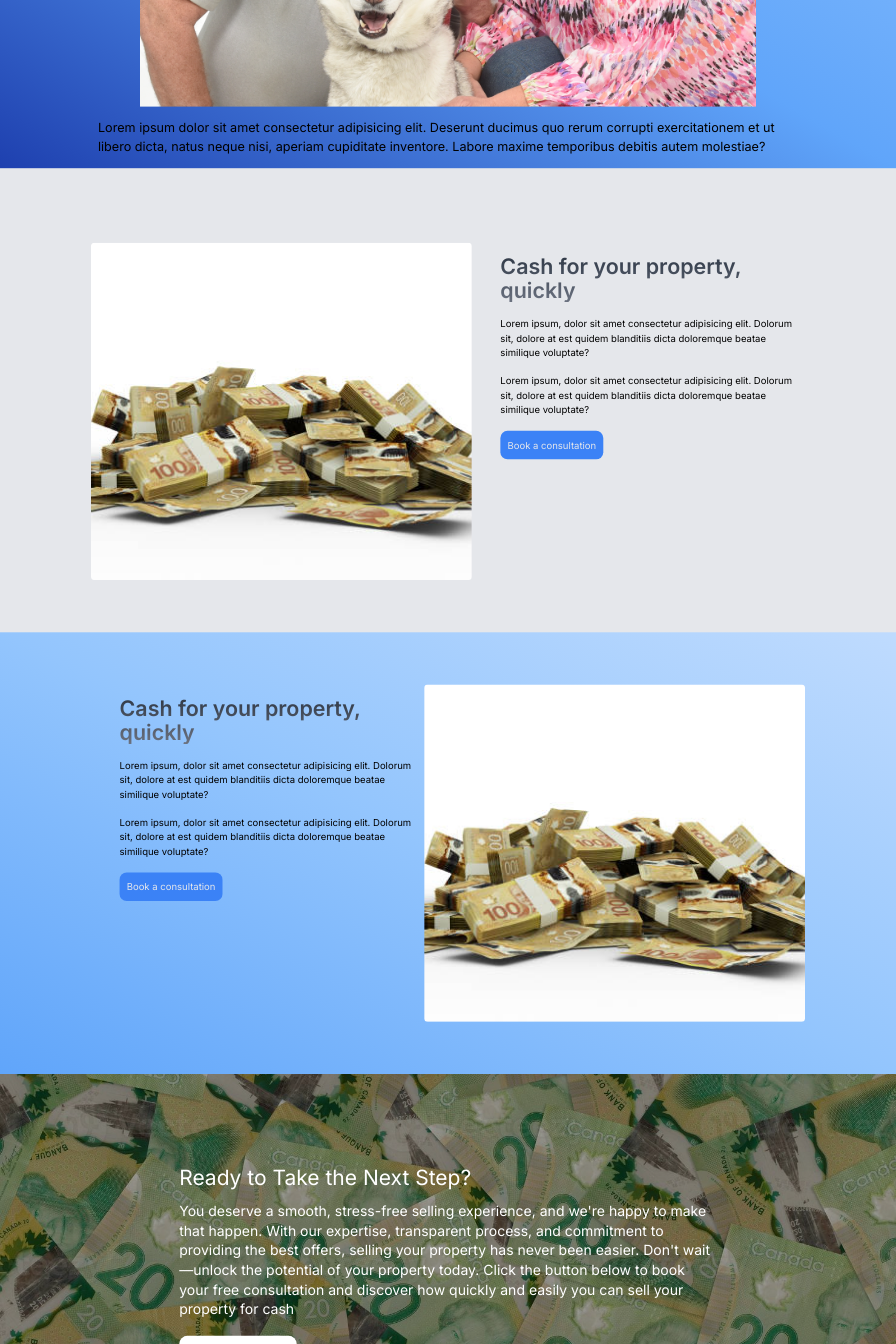
Repository: TMuse333/cash-for-homes
Page: /about (app in frontend/)
These files come from the project's save history. The page is drawn as it stood at one moment and after the next save; the edit follows.
The browser window is 1280 px wide. The pictures show the part of the page from y = 595 to 2515 px (the page is 3074 px tall), at 70% of full size.
The project was rebuilt for these pictures with package versions that can differ from the ones it lists, and the page was loaded fresh each time. The framework's server and built-in components were replaced by stand-ins that run in the browser. Also part of the build but not shown: frontend/next.config.mjs.

Above is the page before, as saved 2024-09-06 13:16:46.

### frontend/src/app/layout.tsx

import { AppProvider } from "@/context/context";
import type { Metadata } from "next";
import { Inter } from "next/font/google";
import "./globals.css";

const inter = Inter({ subsets: ["latin"] });

export const metadata: Metadata = {
  title: "Ontario Cash For Houses",
  description: "We Buy Houses in ANY Condition. And We Can Close In LESS Than 7-30 Days From Today",
};

export default function RootLayout({
  children,
}: Readonly<{
  children: React.ReactNode;
}>) {
  return (



    <html lang="en">
<AppProvider>


      <body className={inter.className}>{children}</body>
      </AppProvider>
    </html>

  );
}

### frontend/src/app/about/page.tsx
"use client"
import Content2 from "@/components/content2"
import Navbar from "@/components/navbar"
import { aboutContent1 } from "@/data/data"
import React from "react"
import Content from "../../components/content";
import { content1Data, openingText } from "@/data/data";
import Closer from "../../components/closer";
import Footer from "@/components/footer"


const About = () => {

    const links = [
        {
            name:'Home',
            destination:'/',
            hasScroll:false
          },
        {
          name:'How it works',
          destination:'process',
          hasScroll:false
        },

        {
          name:'JV Partners',
          destination:'jv-partners',
          hasScroll:false
        },
        {
          name:'Contact Us',
          destination:'contact'
        }
      ]

    return (
        <>
        <Navbar
        links={links}
        />
        <main className="w-screen bg-gray-200 mt-[6rem]">
                <Content2
                {...aboutContent1}
                />

<Content
            {...content1Data}
            />

            <Content
            {...content1Data}
            reverse={true}
            background='bg-gradient-to-tr from-blue-400 via-blue-300 to-blue-200'
            />

            <Closer
            {...openingText}
            />

            <Footer
            links={links}
            />
        </main>
        </>

    )
}

export default About

### frontend/src/context/context.tsx
"use client"
import React, { createContext, useState, useContext, ReactNode, useEffect } from 'react';

interface AppContextType {

  isMobile:boolean,
  setIsMobile:React.Dispatch<React.SetStateAction<boolean>>
  textYPosition:number
  setTextYPosition:React.Dispatch<React.SetStateAction<number>>
  applicationFormState: Record<string, string>;
  setApplicationFormState: React.Dispatch<React.SetStateAction<Record<string, string>>>;
  loggedIn:boolean,
  setLoggedIn:React.Dispatch<React.SetStateAction<boolean>>
}

// Create the context
export const AppContext = createContext<AppContextType | undefined>(undefined);

// Create a provider component
export const AppProvider: React.FC<{ children: ReactNode }> = ({ children }) => {
  // Initialize state for login and user status


  const [isMobile, setIsMobile] = useState(false)
  const [applicationFormState, setApplicationFormState] = useState<Record<string, string>>({});
  const [loggedIn, setLoggedIn] = useState(false)


  useEffect(()=>{
    const handleScroll = () => {
      setIsMobile(window.innerWidth <= 655)
    }
    window.addEventListener('scroll',handleScroll)

    handleScroll()

    return () => {
      window.removeEventListener('scroll',handleScroll)
    }
  },[])


  const [textYPosition, setTextYPosition] = useState(0)

   const contextValue = {
    isMobile,
    setIsMobile,
    textYPosition,
    setTextYPosition,
    applicationFormState,
    setApplicationFormState,
    loggedIn, setLoggedIn
   }


  return <AppContext.Provider value={contextValue}>{children}</AppContext.Provider>;
};

// Custom hook to use context
export const useAppContext = (): AppContextType => {
  const context = useContext(AppContext);
  if (!context) {
    throw new Error('useAppContext must be used within an AppProvider');
  }
  return context;
};

### frontend/src/app/globals.css
@tailwind base;
@tailwind components;
@tailwind utilities;

:root {
  --foreground-rgb: 0, 0, 0;
  --background-start-rgb: 214, 219, 220;
  --background-end-rgb: 255, 255, 255;
  background-color: #e5e7eb;

}

@media (prefers-color-scheme: dark) {
  :root {
    --foreground-rgb: 255, 255, 255;
    --background-start-rgb: 0, 0, 0;
    --background-end-rgb: 0, 0, 0;
  }

}



body {
  color: rgb(var(--foreground-rgb));
  background: linear-gradient(
      to bottom,
      transparent,
      rgb(var(--background-end-rgb))
    )
    rgb(var(--background-start-rgb));



}

@layer utilities {
  .text-balance {
    text-wrap: balance;
  }
}

### frontend/src/components/content2.tsx
import { StaticImageData } from "next/image";
import React from "react";
import Image from 'next/image'



interface Content2Props {
    title:string,
    image:StaticImageData,
    alt:string,
    description:string
    bg?:string
}



const Content2:React.FC<Content2Props> = (
    {title, image, alt, description,bg}
) => {



    return (
        <section className={`w-screen overflow-x-hidden ${bg ? `${bg}` : ''}
        bg-gradient-to-ttr from-blue-400 via-blue-200 to-blue-100
        mb-[2rem]`
        }>
            <p className="text-4xl mt-4 mb-4 text-center text-black

            ">
                {title}
            </p>
            <Image className='ml-auto mr-auto h-[60vw]
            w-[80vw] object-cover max-h-[580px] max-w-[880px]'
            src={image}
            alt={alt}/>

            <p className="mt-4 mb-4 text-black w-[90vw] ml-auto mr-auto
            sm:text-lg
            max-w-[1000px]">{description}</p>





        </section>
    )
}

export default Content2

### frontend/src/components/navbar.tsx

"use client"
import React, { useState } from "react";
import Link from 'next/link'

interface NavbarProps {
    links: {
        name: string,
        destination: string
    }[]
    relative?:boolean
}

const Navbar: React.FC<NavbarProps> = ({ links,relative }) => {
    const [subMenuClicked, setSubMenuClicked] = useState(false);

    function handleSubmenuClick() {
        setSubMenuClicked(!subMenuClicked);
    }

    return (
        <nav className={` top-0 z-20 w-screen left-0 bg-gray-300 h-[100px]
         flex justify-between items-center border-b-4 border-blue-500 text-gray-500
          z-[100] text-black ${relative ? 'relative' : 'fixed'}`}>
            <div className="relative flex justify-between
             items-center  w-screen lg:w-[80vw] max-w-[1300px] lg:justify-between lg:items-stretch
            z-[100]  ml-auto mr-auto">
                <Link href='/'>


                <p className="ml-2 text-sm mt-auto mb-auto  lg:text-4xl mr-auto lg:mr-0 pl-6 lg:pl-0 text-black
                ">Ontario Cash for Houses</p>
                </Link>
                <div
                    className={`absolute right-[5%] top-1/2 flex flex-col justify-center items-center lg:relative lg:top-auto lg:right-auto`}
                    onClick={handleSubmenuClick}
                >
                    <div className="   lg:hidden w-[140px] lg:w-auto flex flex-col justify-center items-center">
                        <div className="h-[3px] bg-gray-500 w-[20px] mb-1" />
                        <div className="h-[3px] bg-gray-500 w-[20px] mb-1" />
                        <div className="h-[3px] bg-gray-500 w-[20px]" />
                    </div>
                    <ul
                        className={`text-left bg-gray-200 fixed right-[5%] top-[70px] overflow-hidden
                         transition-[height] flex flex-col items-center text-white

                          justify-center rounded-lg w-[140px]
                           lg:bg-transparent lg:w-auto lg:relative lg:overflow-auto
                           lg:top-auto lg:right-auto lg:flex-row
                           text-center
                            ${subMenuClicked ? `h-[175px] p-0
                            border-l-4
                         border-b-4 border-r-4 border-gray-500` : 'h-[0px] p-0 lg:h-auto'}
                         lg:border lg:border-none`}
                    >
                        {links.map((link, index) => (
                            <Link key={index} href={link.destination}>
                                <li className="text-md lg:text-lg mb-2
                                 pl-2 pr-2 lg:mb-0 text-black
                                 hover:text-blue-500 ">{link.name}</li>
                            </Link>
                        ))}
                    </ul>
                </div>
            </div>
        </nav>
    );
};

export default Navbar;

### frontend/src/components/content.tsx
"use client"

import React, { useState, } from 'react';
import { Variants, motion,useScroll, useTransform } from 'framer-motion';
import { useIntersectionObserver } from './intersectionObserver'
import { useAppContext } from '@/context/context';
import Image from 'next/image'
import Link from 'next/link';


import {StaticImageData} from 'next/image'
interface contentProps {
  image:  StaticImageData | string;
  alt?:string
  customText: React.ReactNode;
  description?: string[] | null  ;
  reverse: boolean | null;
  mainTitle?: string | null;
  floatingImage?: boolean;
  hasAnimation?: boolean;
  buttonLink?:string,
  buttonText?:string,
  background?:string
  video?:boolean,
  poster?:string
  objectContain?:boolean
}

const Content: React.FC<contentProps> = ({
  image,
  alt,
  customText,
  description,
  reverse,
  mainTitle,
  floatingImage,
  hasAnimation,
  buttonLink,
  buttonText,
  background,
  video,
  objectContain
}) => {
  const [inView, setInView] = useState(false);

  const imageSrc = typeof image === 'string' ? image : (image as StaticImageData).src;

 const {isMobile} = useAppContext()

  // Configure intersection observer options
  const options = {
    root: null,
    rootMargin: '0px',
    threshold:  0.7,
  };

  // Use the custom hook to get a ref and observe intersection
  const componentRef = useIntersectionObserver(setInView, options);


  const imageVariants: Variants = {
    initial: {
      x: reverse ? 180 : -150,
      opacity: 0,
    },
    animate: {
      opacity: 1,
      x:  0,
      y: floatingImage ? [0, -5, 0] : 0,
      transition: {

        y: {
          delay: 2.45,
          duration: 2,
          repeat: Infinity,
          ease: 'easeInOut',
        },
      },
    },
  };

  const textVariants = (delay: number): Variants => {
    return {
      initial: {
        x: reverse ? -30 : 30,
        opacity: 0,
      },
      animate: {
        x: 0,
        opacity: 1,
        transition: {
          delay: delay,
        },
      },
    };
  };

  const headerVariants = (delay:number): Variants => {
    return {
    initial:{
        opacity:0,
    },
    animate:{
        opacity:1,
        transition:{
            delay:delay
        }
    }
  }
}

const nullVariant: Variants = {

}






  return (
    <section className={`w-screen overflow-x-hidden
    ${background ? `${background}` : ''}`}>


    <motion.article
      ref={componentRef}
      className={`flex flex-col justify-center align-center pt-8 pb-8
       relative mr-auto ml-auto
       md:w-[100vw] md:max-w-[1200px] sm:max-w-[668px] z-1

        ${reverse ? 'md:flex-row-reverse' : 'md:flex-row'}`}
        style={{
          scale: useTransform(
            useScroll().scrollYProgress,
            [0, 1],
            [1, 0.85]
          )
        }}
    >




      {video ? (
           <motion.video
           className='w-[90vw] h-[55vw] object-cover object-bottom sm:object-contain ml-auto mr-auto max-h-[567px] max-w-[668px] rounded-md'
           controls
           preload="auto"
           variants={hasAnimation ? imageVariants : nullVariant}
           initial={hasAnimation ? 'initial' : ''}
           animate={hasAnimation && inView ? 'animate' : ''} // Ensure the video is loaded
       >
           <source src={imageSrc} type="video/mp4" />
           Your browser does not support the video tag.
       </motion.video>
      ) : (
        <motion.img
        className={`w-[90vw] h-[55vw] object-cover ml-auto mr-auto
        md:w-[50vw] md:mr-0 max-h-[567px] max-w-[668px]
        rounded-md`}
         variants={hasAnimation ? imageVariants : nullVariant}
          initial={hasAnimation ? 'initial' : ''}
          animate={hasAnimation && inView ? 'animate' : ''}
          src={imageSrc}
          alt={alt}
          />
      ) }



      {customText ? (
        <>
          {customText}
        </>
      ) : (
        <div className='text-gray-500'>
          <motion.h1
          variants={headerVariants(0)}
          initial={hasAnimation ? 'initial' : ''}
          animate={hasAnimation && inView ? 'animate' : ''}
           className="text-left pl-5 sm:pl-12 pt-5
           sm:text-4xl font-semibold
           bg-gradient-to-b from-gray-800 to-gray-500 bg-clip-text text-transparent
           text-3xl">{mainTitle}</motion.h1>
          <motion.p
          variants={textVariants(0.45)}
       initial={hasAnimation ? 'initial' : ''}
       animate={inView && hasAnimation? 'animate' : ''}
          className="mt-6 pl-5 text-left sm:pl-12 whitespace-pre-line
          text-black">
            {description != null ? description[0] :
              'Lorem ipsum dolor sit amet consectetur, adipisicing elit. Voluptate rem distinctio veniam doloribus placeat volup tatibus dolores deleniti consequuntur harum asperiores?'}
               </motion.p>
            <motion.p
             variants={textVariants(0.65)}
             initial={hasAnimation ? 'initial' : ''}
             animate={inView && hasAnimation? 'animate' : ''}
             className="mt-6 text-left pl-5 sm:pl-12
            text-black"
             >
              {description != null ? description[1] :
                'Lorem ipsum dolor sit amet consectetur adipisicing elit. Excepturi provident odio labore recusandae est accusantium voluptatibus ad doloremque! Quo corrupti cum delectus ad praesentium minus voluptates soluta consectetur perspiciatis veniam? Pariatur vel, error cum possimus ad asperiores inventore obcaecati suscipit.'}
                <br/>

                <Link href={buttonLink ? buttonLink : ''}>


                <motion.button
                  variants={headerVariants(1.2)}
                  initial={hasAnimation ? 'initial' : ''}
                  animate={hasAnimation && inView ? 'animate' : ''}
                 className="mt-6 bg-blue-500 p-3 rounded-xl hover:gray-200 text-gray-200
                 hover:text-blue-500 hover:bg-white transition-all">{buttonText  ? buttonText : 'button'}</motion.button>
                  </Link>
            </motion.p>


        </div>
      )}
    </motion.article>
    </section>
  );
};

export default Content;

### frontend/src/components/closer.tsx
"use client"

import React, { useState} from "react";
import Link from "next/link";
import {motion} from 'framer-motion'
import {useIntersectionObserver} from './intersectionObserver'

interface Props {
    image:string,
    title:string,
    description:string,
    buttonText:string,
    destination:string

}

const Closer: React.FC<Props> = ({image,title,description,
destination,buttonText}) => {

    const [inView, setInView] = useState(false)

    const options = {
        root: null,
        rootMargin: '0px',
        threshold: 0.6,
      };

      // Use the custom hook to get a ref and observe intersection
      const componentRef = useIntersectionObserver(setInView, options);

      const variants = {
        initial:{
            opacity:0,
            x:-100
        },
        animate:{
            x:0,
            opacity:1,
            transition:{
                opacity:{
                    duration:0.5
                }
            }
        }

      }

      const textVariants = {
        initial:{
            y:-20,
            opacity:0
        },
        animate:{
            opacity:1,
            y:0,
            transition:{
                delay:0.5
            }
        }
      }

    return (
        <motion.section ref={componentRef}

        className={`w-screen text-white h-[600px]
        relative flex flex-col items-center justify-center
        bg-center
        `}
        variants={variants}
        initial='initial'
        animate={inView ? 'animate' : 'initial'}
        >
            <img src={image}
            className='absolute w-full h-full
            object-cover'
                style={{
                    filter:'brightness(0.6)'
                }}
            />

            <motion.div className="-mt-12 relative z-[4]"
              variants={textVariants}
              initial='initial'
              animate={inView ? 'animate' : 'initial'}>
            <motion.h1

            className="pl-4 text-3xl  ">{title}
            </motion.h1>

            <p className="mt-4 text-left pl-4 pr-4
            max-w-[800px] sm:text-xl ">{description}</p>

            <Link href={destination}
            passHref>
                <button className="mt-6 text-black
                bg-white ml-4 hover:bg-blue-500
                transition-all hover:text-white
                hover:scale-[1.05] p-3
                rounded-xl">
                   {buttonText}
                </button>
            </Link>
            </motion.div>
        </motion.section>
    )
}

export default Closer

Loaded but not shown: frontend/tailwind.config.ts (common file); frontend/src/data/data.ts (410 lines, source omitted); frontend/src/components/intersectionObserver.tsx (132 lines, source omitted); frontend/src/components/footer.tsx (148 lines, source omitted)

After the next save:
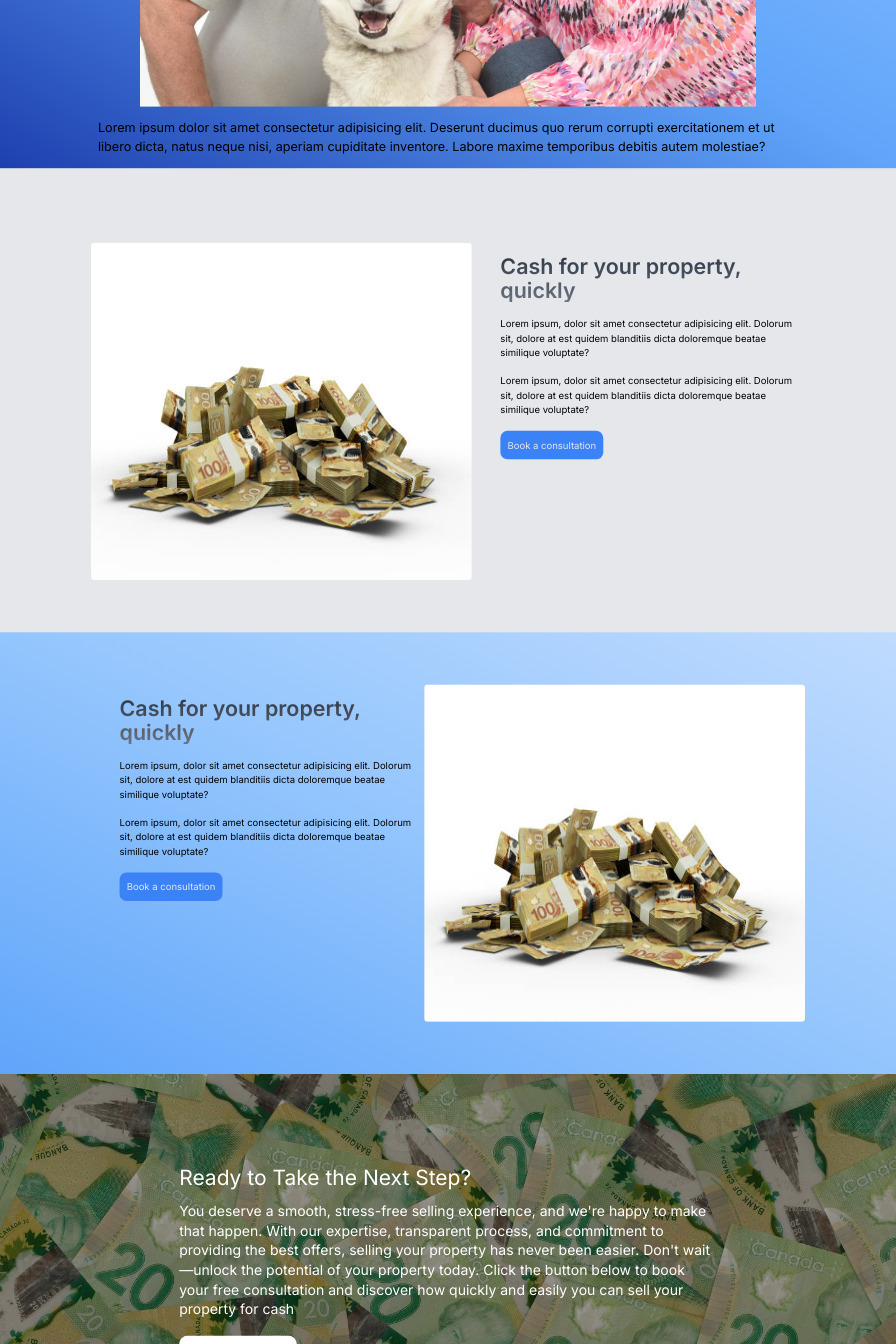
Saved 8 s later.
--- a/frontend/src/components/content.tsx
+++ b/frontend/src/components/content.tsx
@@ -156,7 +156,7 @@
        </motion.video>
       ) : (
         <motion.img
-        className={`w-[90vw] h-[55vw] object-cover ml-auto mr-auto
+        className={`w-[90vw] h-[55vw]  ml-auto mr-auto
         md:w-[50vw] md:mr-0 max-h-[567px] max-w-[668px]
         rounded-md`}
          variants={hasAnimation ? imageVariants : nullVariant}

After the 3 saves that followed:
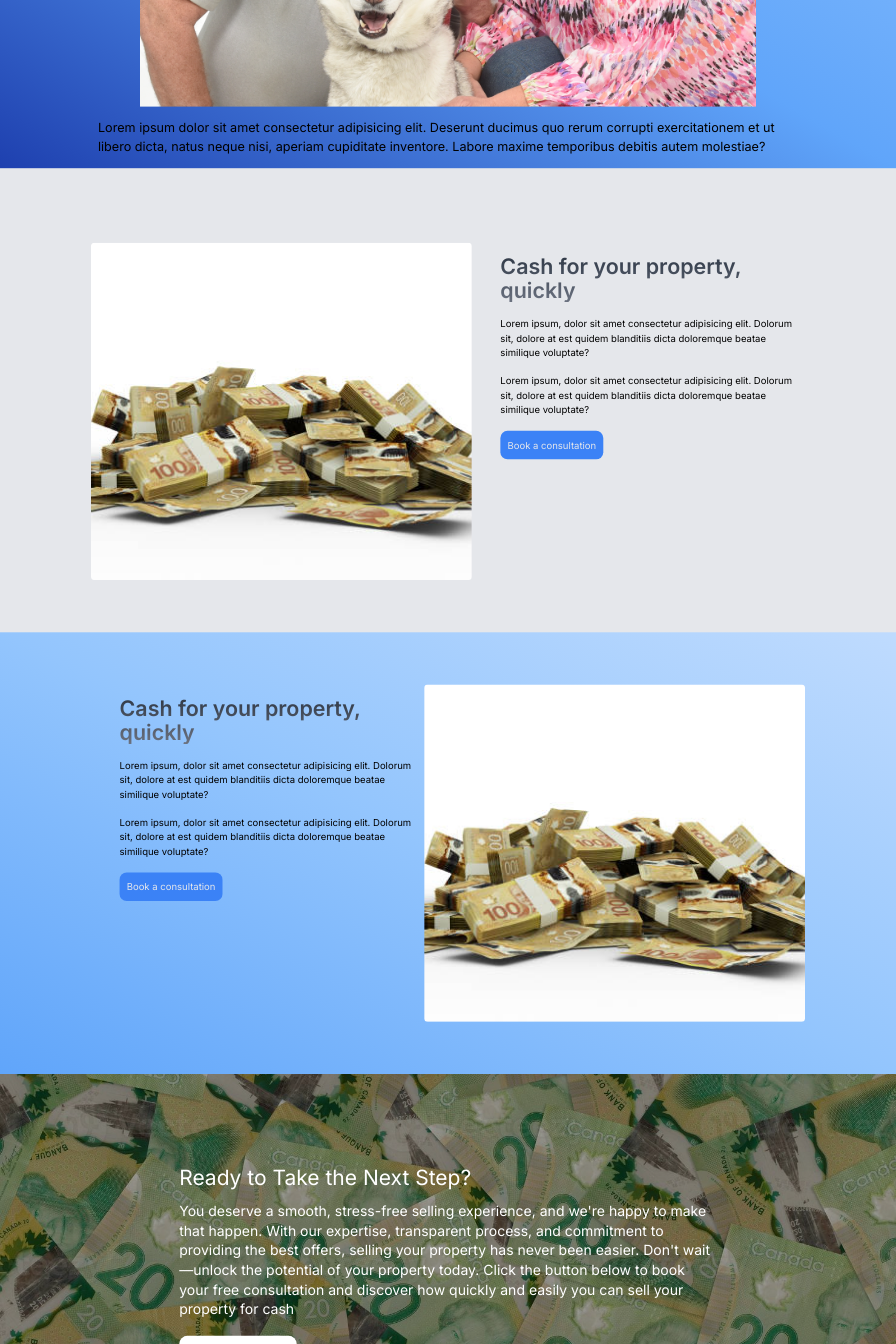
The 3 saves are shown as one change because they came seconds apart.
The last was saved 18 s later.
--- a/frontend/src/components/content.tsx
+++ b/frontend/src/components/content.tsx
@@ -158,7 +158,7 @@
         <motion.img
         className={`w-[90vw] h-[55vw]  ml-auto mr-auto
         md:w-[50vw] md:mr-0 max-h-[567px] max-w-[668px]
-        rounded-md`}
+        rounded-md ${objectContain ? 'object-contain' : 'object-cover'}`}
          variants={hasAnimation ? imageVariants : nullVariant}
           initial={hasAnimation ? 'initial' : ''}
           animate={hasAnimation && inView ? 'animate' : ''}
